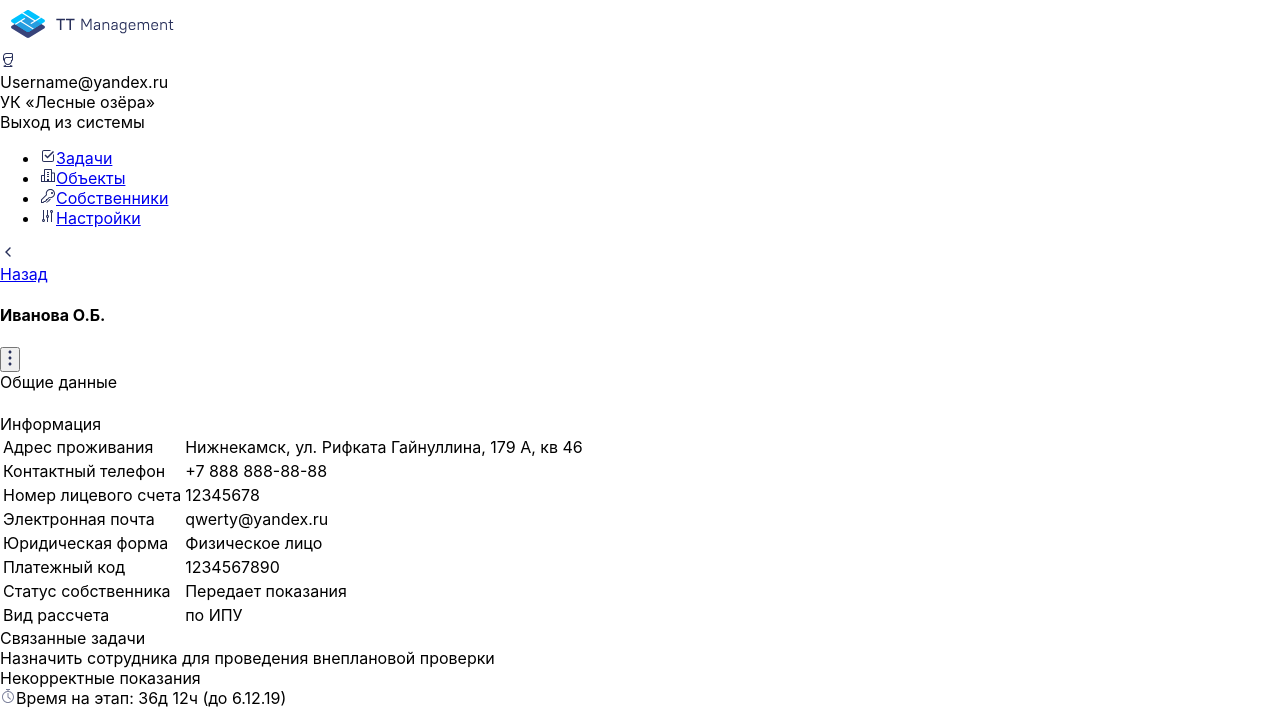
Repository: TryBr/tt-management
Page: /owners/1
The author's editor kept a copy of each file at every save. The page is drawn from the files as they stood at one save, then again after the next save.
The browser window is 1280 px wide. The pictures show the whole page.
The project was rebuilt for these pictures with package versions that can differ from the ones it lists, and the page was loaded fresh each time. Also part of the build but not shown: src/App.css, src/TaskDetail.js, src/Owners.js, src/OwnerEdit.js.

Above is the page before, as saved 2020-07-21 13:32:03.

### public/index.html
<!DOCTYPE html>
<html lang="en">
  <head>
    <meta charset="utf-8" />
    <link rel="icon" href="%PUBLIC_URL%/favicon.ico" />
    <meta name="viewport" content="width=device-width, initial-scale=1" />
    <meta name="theme-color" content="#000000" />
    <meta
      name="description"
      content="Web site created using create-react-app"
    />
    <link rel="apple-touch-icon" href="%PUBLIC_URL%/logo192.png" />
    <!--
      manifest.json provides metadata used when your web app is installed on a
      user's mobile device or desktop. See https://developers.google.com/web/fundamentals/web-app-manifest/
    -->
    <link rel="manifest" href="%PUBLIC_URL%/manifest.json" />
    <!--
      Notice the use of %PUBLIC_URL% in the tags above.
      It will be replaced with the URL of the `public` folder during the build.
      Only files inside the `public` folder can be referenced from the HTML.

      Unlike "/favicon.ico" or "favicon.ico", "%PUBLIC_URL%/favicon.ico" will
      work correctly both with client-side routing and a non-root public URL.
      Learn how to configure a non-root public URL by running `npm run build`.
    -->
    <title>TT Management</title>
  </head>
  <body>
    <noscript>You need to enable JavaScript to run this app.</noscript>
    <div id="root"></div>
    <!--
      This HTML file is a template.
      If you open it directly in the browser, you will see an empty page.

      You can add webfonts, meta tags, or analytics to this file.
      The build step will place the bundled scripts into the <body> tag.

      To begin the development, run `npm start` or `yarn start`.
      To create a production bundle, use `npm run build` or `yarn build`.
    -->
  </body>
</html>

### src/OwnerDetail.js
import React, { Fragment } from "react";

import { Progress, PageHeader, Select, Row, Col ,
    Steps, Comment, Avatar, Form, Button, List, Input, Table, Tabs } from 'antd';

    import {
        Link,
        useParams,
        useRouteMatch
    } from "react-router-dom";


const { TabPane } = Tabs;
const { Column } = Table;

// name: 'Причина задачи',
// info: 'Малое потребление холодной воды'

const tableColumns = [
    {
        label: 'Адрес проживания',
    },
    {
        label: 'Контактный телефон',
    },
    {
        label: 'Номер лицевого счета',
    },
    {
        label: 'Электронная почта',
    },
    {
        label: 'Юридическая форма',
    },
    {
        label: 'Платежный код',
    },
    {
        label: 'Статус собственника',
    },
    {
        label: 'Вид рассчета',
    },
];


const BackIcon = () => (
    <svg width="16" height="16" viewBox="0 0 16 16" fill="none" xmlns="http://www.w3.org/2000/svg">
    <path fill-rule="evenodd" clip-rule="evenodd" d="M9.5 3.49994C9.77614 3.2238 10.2239 3.2238 10.5 3.49994C10.7761 3.77608 10.7761 4.2238 10.5 4.49994L7 7.99994L10.5 11.4999C10.7761 11.7761 10.7761 12.2238 10.5 12.4999C10.2239 12.7761 9.77614 12.7761 9.5 12.4999L5 7.99994L9.5 3.49994Z" fill="#272F5A"/>
    </svg>
);

const TimeIcon = () => (
    <svg className="time-icon" width="16" height="16" viewBox="0 0 16 16" fill="none" xmlns="http://www.w3.org/2000/svg">
    <path fill-rule="evenodd" clip-rule="evenodd" d="M6 1H10V2H8.5V3.02054C11.5798 3.27461 14 5.85467 14 9C14 12.3137 11.3137 15 8 15C4.68629 15 2 12.3137 2 9C2 5.85467 4.42023 3.27461 7.5 3.02054V2H6V1ZM13 9C13 11.7614 10.7614 14 8 14C5.23858 14 3 11.7614 3 9C3 6.23858 5.23858 4 8 4C10.7614 4 13 6.23858 13 9ZM7.5 5V9V9.23419L7.67991 9.38411L10.3598 11.7682L11 11L8.5 8.76581V5H7.5Z" fill="#272F5A" fill-opacity="0.6"/>
    </svg>
);

const EditIcon = () => (
    <svg width="4" height="16" viewBox="0 0 4 16" fill="none" xmlns="http://www.w3.org/2000/svg">
    <path fill-rule="evenodd" clip-rule="evenodd" d="M3.5 2C3.5 2.82843 2.82843 3.5 2 3.5C1.17157 3.5 0.5 2.82843 0.5 2C0.5 1.17157 1.17157 0.5 2 0.5C2.82843 0.5 3.5 1.17157 3.5 2ZM3.5 8C3.5 8.82843 2.82843 9.5 2 9.5C1.17157 9.5 0.5 8.82843 0.5 8C0.5 7.17157 1.17157 6.5 2 6.5C2.82843 6.5 3.5 7.17157 3.5 8ZM2 15.5C2.82843 15.5 3.5 14.8284 3.5 14C3.5 13.1716 2.82843 12.5 2 12.5C1.17157 12.5 0.5 13.1716 0.5 14C0.5 14.8284 1.17157 15.5 2 15.5Z" fill="#272F5A"/>
    </svg>
);

const Owner = ({ owner }) => {

    let { id } = useParams();
    let { url } = useRouteMatch();

    return (
        <div className="owner-detail">
            <Link to={`/owners`}>
                <PageHeader
                    className="site-page-header"
                    onBack={() => null}
                    title="Назад"
                    backIcon={<BackIcon />}
                />
            </Link>
            <h1 className="page-title">{owner[id].fio}</h1>
            <Link to={`${url}/edit`}>
                <Button type="default" className="button-edit" icon={<EditIcon />}></Button>
            </Link>
            <Tabs defaultActiveKey="1">
                <TabPane tab="Общие данные" key="1">
                    <Row>
                        <Col span={16}>
                            <div className="owner-information">
                                <div className="title">Информация</div>

                                <table className="owner-info-table">
                                    <tr>
                                        <td>{tableColumns[0].label}</td>
                                        <td>{owner[id].address}</td>
                                    </tr>
                                    <tr>
                                        <td>{tableColumns[1].label}</td>
                                        <td>{owner[id].phone}</td>
                                    </tr>
                                    <tr>
                                        <td>{tableColumns[2].label}</td>
                                        <td>{owner[id].accountNumber}</td>
                                    </tr>
                                    <tr>
                                        <td>{tableColumns[3].label}</td>
                                        <td>{owner[id].email}</td>
                                    </tr>
                                    <tr>
                                        <td>{tableColumns[4].label}</td>
                                        <td>{owner[id].legalForm}</td>
                                    </tr>
                                    <tr>
                                        <td>{tableColumns[5].label}</td>
                                        <td>{owner[id].payCode}</td>
                                    </tr>
                                    <tr>
                                        <td>{tableColumns[6].label}</td>
                                        <td>{owner[id].ownStatus}</td>
                                    </tr>
                                    <tr>
                                        <td>{tableColumns[7].label}</td>
                                        <td>{owner[id].payType}</td>
                                    </tr>
                                </table>
                            </div>
                        </Col>
                        <Col span={8}>
                            <div className="owner-tasks">
                                <div className="title">Связанные задачи</div>
                                <div className="task">
                                    <div className="task-title">
                                        Назначить сотрудника для проведения внеплановой проверки
                                    </div>
                                    <div className="task-subtitle">
                                        Некорректные показания
                                    </div>
                                    <div className="task-time">
                                        <TimeIcon />
                                        <span className="time-title">Время на этап: 36д 12ч (до 6.12.19)</span>
                                    </div>
                                </div>
                            </div>
                        </Col>
                    </Row>
                </TabPane>
            </Tabs>
        </div>
    );

}

export default Owner;

Loaded but not shown: src/index.js (common file); src/index.css (common file); src/serviceWorker.js (common file); src/App.js (211 lines, source omitted)

After the next save:
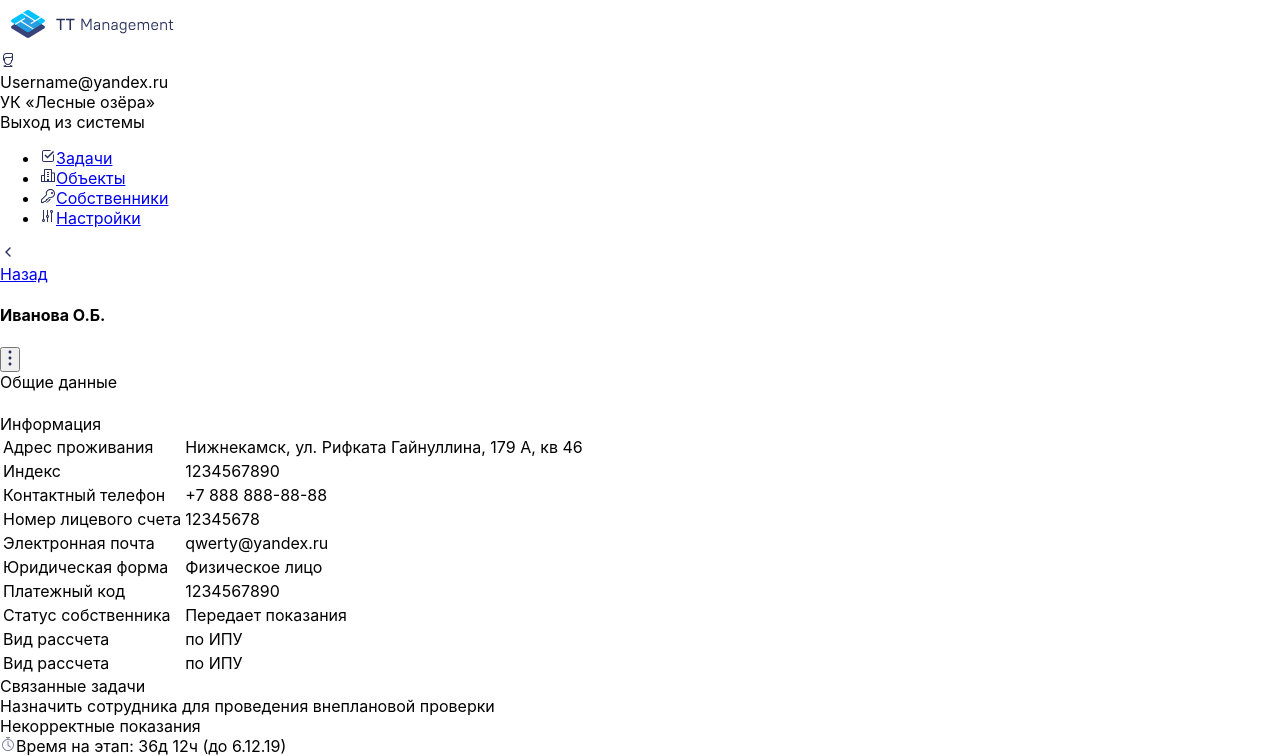
Saved 6 min 1 s later.
--- a/src/OwnerDetail.js
+++ b/src/OwnerDetail.js
@@ -19,6 +19,9 @@ const { Column } = Table;
 const tableColumns = [
     {
         label: 'Адрес проживания',
+    },
+    {
+        label: 'Индекс',
     },
     {
         label: 'Контактный телефон',
@@ -95,30 +98,38 @@ const Owner = ({ owner }) => {
                                     </tr>
                                     <tr>
                                         <td>{tableColumns[1].label}</td>
+                                        <td>{owner[id].post}</td>
+                                    </tr>
+                                    <tr>
+                                        <td>{tableColumns[2].label}</td>
                                         <td>{owner[id].phone}</td>
                                     </tr>
                                     <tr>
-                                        <td>{tableColumns[2].label}</td>
+                                        <td>{tableColumns[3].label}</td>
                                         <td>{owner[id].accountNumber}</td>
                                     </tr>
                                     <tr>
-                                        <td>{tableColumns[3].label}</td>
+                                        <td>{tableColumns[4].label}</td>
                                         <td>{owner[id].email}</td>
                                     </tr>
                                     <tr>
-                                        <td>{tableColumns[4].label}</td>
+                                        <td>{tableColumns[5].label}</td>
                                         <td>{owner[id].legalForm}</td>
                                     </tr>
                                     <tr>
-                                        <td>{tableColumns[5].label}</td>
+                                        <td>{tableColumns[6].label}</td>
                                         <td>{owner[id].payCode}</td>
                                     </tr>
                                     <tr>
-                                        <td>{tableColumns[6].label}</td>
+                                        <td>{tableColumns[7].label}</td>
                                         <td>{owner[id].ownStatus}</td>
                                     </tr>
                                     <tr>
-                                        <td>{tableColumns[7].label}</td>
+                                        <td>{tableColumns[8].label}</td>
+                                        <td>{owner[id].payType}</td>
+                                    </tr>
+                                    <tr>
+                                        <td>{tableColumns[8].label}</td>
                                         <td>{owner[id].payType}</td>
                                     </tr>
                                 </table>
